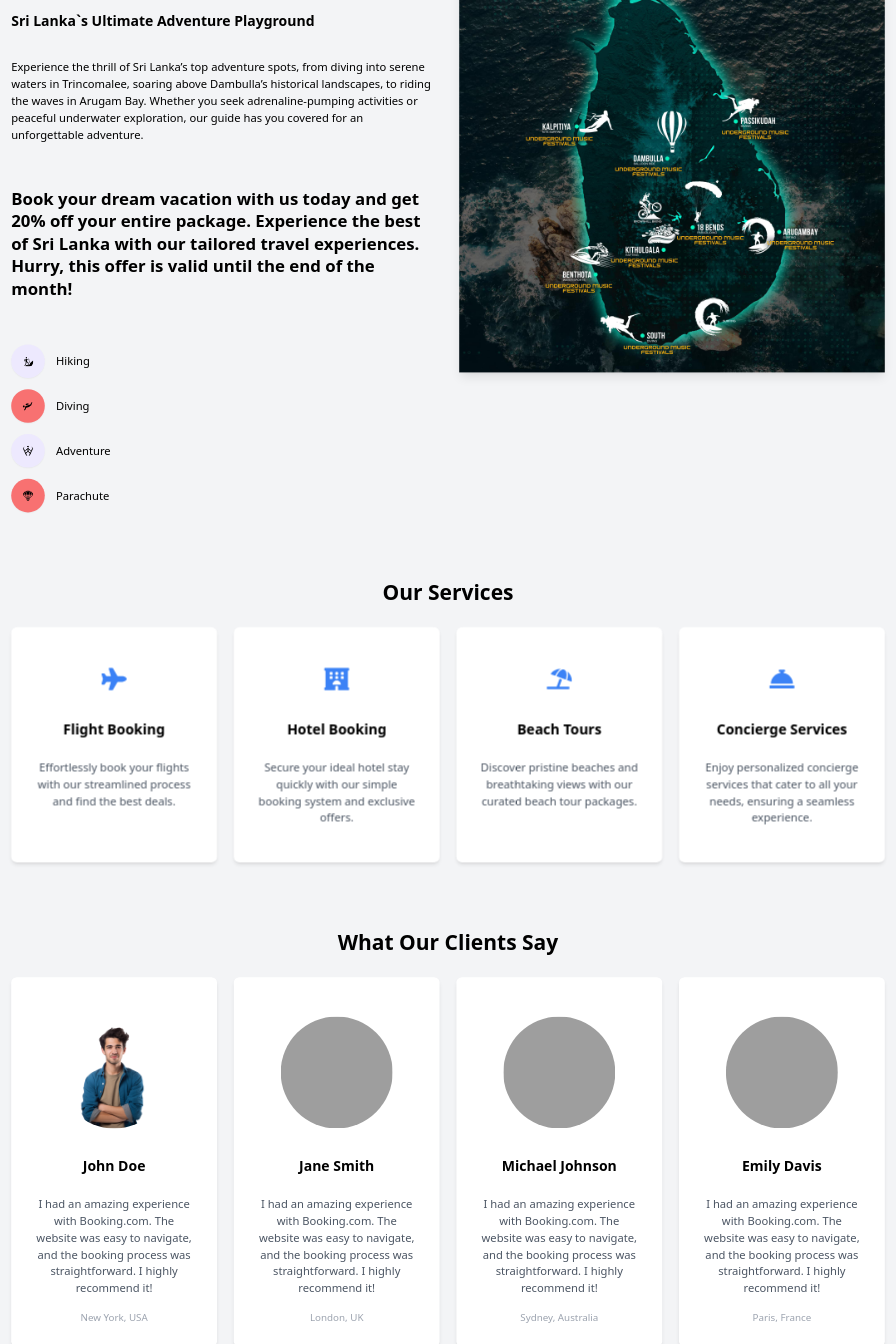
Repository: thisara199/Travel-Agency-Website
Page: /
An editor plug-in stored every save of this project. The page is shown before and after the next save, followed by the edit.
The browser window is 1280 px wide. The pictures show the part of the page from y = 1440 to 3360 px (the page is 3713 px tall before and 3749 px after), at 70% of full size.
Pictures or frames that could not be fetched are drawn as grey boxes. The project was rebuilt for these pictures with package versions that can differ from the ones it lists, and the page was loaded fresh each time. Also part of the build but not shown: vite.config.js, src/pages/About.jsx.

Above is the page before, as saved 2024-09-04 08:12:30.

### index.html
<!doctype html>
<html lang="en">
  <head>
    <meta charset="UTF-8" />
    <link rel="icon" type="image/svg+xml" href="/public/favicon-32x32.png" />
    <meta name="viewport" content="width=device-width, initial-scale=1.0" />
    <title>Travel Agency</title>
  </head>
  <body>
    <div id="root"></div>
    <script type="module" src="/src/main.jsx"></script>
  </body>
</html>

### src/App.jsx
import { BrowserRouter, Routes, Route } from 'react-router-dom'
import Home from './pages/Home'
import Navbar from './components/Navbar/Navbar'
import Footer from './components/Footer/Footer'
import About from './pages/About'

const App = () => {
  return (
    <BrowserRouter>
    <Navbar />
       <Routes>
        <Route path='/' element={<Home />} />
        <Route path='/about' element={<About />} />
       </Routes>
    <Footer />
    </BrowserRouter>
  )
}

export default App

### src/pages/Home.jsx
import HeroSection from "../components/HeroSection/HeroSection"
import FeaturedDestination from "../components/FeaturedDestination/FeaturedDestination"
import Services from "../components/Services/Services"
import Testimonials from "../components/Testimonials/Testimonials"
import Banner from "../components/Banner/Banner"

const Home = () => {
  return (
    <div>
      <HeroSection />
      <FeaturedDestination />
      <Banner />
      <Services />
      <Testimonials />
    </div>
  )
}

export default Home

### src/components/Navbar/Navbar.jsx
import { FaBars, FaTimes } from "react-icons/fa"
import { Link } from "react-router-dom"
import { useState } from "react"
import { BiSolidPlaneAlt } from "react-icons/bi";


const Navbar = () => {
  const [isOpen, setIsOpen] = useState(false)
  return (
    <nav className="fixed top-0 left-0 right-0 z-10 m-4 bg-white shadow-lg">
      <div className="container flex items-center justify-between h-16 px-4">
        <div className="flex items-center">
        <BiSolidPlaneAlt className="text-3xl"/>
        <h3 className="text-2xl font-bold">TravelCeylon.</h3>
        </div>
        <div className="items-center hidden space-x-4 text-sm font-bold md:flex ">
          <Link to="/" className="px-6 py-2 hover:bg-gray-600 hover:text-white">Home</Link>
          <Link to="/about" className="px-6 py-2 hover:bg-gray-600 hover:text-white">About</Link>
          <Link to="/gallery" className="px-6 py-2 hover:bg-gray-600 hover:text-white">Gallery</Link>
          <Link to="/contact" className="px-6 py-2 hover:bg-gray-600 hover:text-white">Contact</Link>
          <button className="px-6 py-2 text-white bg-gray-600 border rounded-full hover:scale-105 hover:bg-gray-500">Login</button>
        </div>
        <div className="md:hidden">
          <button onClick={() => setIsOpen(!isOpen)}>
            {isOpen ? <FaTimes /> : <FaBars />}
          </button>
        </div>
      </div>
      <div>
        {isOpen && (
           <div className="flex flex-col items-center pb-10 space-y-6 font-bold bg-white md:hidden">
           <Link to="/" className="px-6 py-2 hover:bg-gray-600 hover:text-white">Home</Link>
           <Link to="/about" className="px-6 py-2 hover:bg-gray-600 hover:text-white">About</Link>
           <Link to="/gallery" className="px-6 py-2 hover:bg-gray-600 hover:text-white">Gallery</Link>
           <Link to="/about" className="px-6 py-2 hover:bg-gray-600 hover:text-white">About</Link>
           <button className="px-6 py-2 text-white bg-gray-600 border rounded-full hover:scale-105 hover:bg-gray-500">Login</button>
         </div>
        )}
      </div>
    </nav>
  )
}

export default Navbar

### src/components/Footer/Footer.jsx
import { FaFacebook, FaInstagram, FaYoutube } from "react-icons/fa";
import { FaTwitter } from "react-icons/fa6";
import { Link } from "react-router-dom";

const Footer = () => {
  return (
    <div className="py-8 text-white bg-gray-800">
      <div className="container px-4 mx-auto">
        <div className="grid gap-8 sm:grid-cols-1 lg:grid-cols-3">
          <div>
            <h2 className="mb-4 text-2xl font-bold">Travel Agency</h2>
            <p className="mb-4">
              Your trusted partner for unforgettable travel experiences. Explore
              Ceylon with us.
            </p>
          </div>
          <div className="flex flex-col md:items-center">
            <h4 className="text-lg font-semibold">Quick Links</h4>
            <div className="flex flex-col mt-4 space-y-2">
              <Link to="/">Home</Link>
              <Link to="/about">About</Link>
              <Link to="/gallery">Gallery</Link>
              <Link to="/contact">Contact</Link> {/* Updated link */}
            </div>
          </div>
          <div>
            <h2 className="mb-4 text-xl font-bold">Follow Us</h2>
            <div className="flex mb-4 space-x-4">
              <FaFacebook className="text-white hover:text-gray-400" aria-label="Facebook" />
              <FaInstagram className="text-white hover:text-gray-400" aria-label="Instagram" />
              <FaTwitter className="text-white hover:text-gray-400" aria-label="Twitter" />
              <FaYoutube className="text-white hover:text-gray-400" aria-label="YouTube" />
            </div>
            <form action="" className="flex items-center mt-8">
              <input
                type="email"
                placeholder="Enter your Email"
                className="w-full p-2 bg-gray-800 border border-gray-600 rounded-l-lg"
              />
              <button
                type="submit"
                className="px-4 py-2 text-white bg-blue-600 rounded-r-lg hover:bg-blue-700"
              >
                Subscribe
              </button>
            </form>
          </div>
        </div>
        <div className="flex justify-between pt-4 mt-8 border-t border-gray-700">
          <p>Copyright &copy; 2024 Travel Agency. All rights reserved.</p>
          <div className="flex space-x-4">
            <Link to="/privacy" className="hover:text-gray-400">Privacy Policy</Link>
            <Link to="/terms" className="hover:text-gray-400">Terms and Conditions</Link>
          </div>
        </div>
      </div>
    </div>
  );
};

export default Footer;

### src/components/HeroSection/HeroSection.jsx
import Banner from "../../assets/HeroSection/Banner.png";
import AOS from 'aos';
import 'aos/dist/aos.css';
import { useEffect } from 'react';

const HeroSection = () => {
  useEffect(() => {
    AOS.init({
      duration: 1000, // duration of animations
    });
  }, []);


  return (
    <div className="relative h-screen bg-center bg-cover" style={{ backgroundImage: `url(${Banner})` }}>
      <div className="absolute inset-0 flex flex-col items-center justify-center bg-black bg-opacity-50">
        <h1 data-aos="fade-up" className="justify-between mb-4 text-4xl font-bold text-center text-white md:text-6xl lg:text-8xl">Explore the Ceylon with Us</h1>
        <p data-aos="fade-up" className="mb-10 text-lg text-white md:text-2xl xl:text-4xl">Discover amazing places at exclusive deals</p>
        <button  className="px-6 py-2 text-lg text-white transition duration-300 transform border rounded-full md:text-xl hover:bg-blue-500 hover:scale-105">Get Started</button>
      </div>
    </div>
  );
}

export default HeroSection;

### src/components/FeaturedDestination/FeaturedDestination.jsx
import Img1 from '../../assets/FeaturedDestination/Anuradhapura.jpg';
import Img2 from '../../assets/FeaturedDestination/Colombo.jpg';
import Img3 from '../../assets/FeaturedDestination/arugambay.jpg';
import Img4 from '../../assets/FeaturedDestination/Nuwaraeliya.jpeg';

const Destination = [
  {
    image: Img1,
    title: 'Anuradhapura',
    description: 'Ancient Wonders Await.',
    aosDelay: '200',
  },
  {
    image: Img2,
    title: 'Colombo',
    description: 'The Heartbeat of Sri Lanka.',
    aosDelay: '400',
  },
  {
    image: Img3,
    title: 'Arugam bay',
    description: 'Where Surf Meets Bliss.',
    aosDelay: '600',
  },
  {
    image: Img4,
    title: 'Nuwaraeliya',
    description: 'Nature’s Retreat.',
    aosDelay: '800',
  },
];

const FeaturedDestination = () => {
  return (
    <div className='py-12 bg-gray-100'>
      <div className='container px-4 mx-auto'>
        <h2 data-aos="fade-up" className='mb-8 text-3xl font-bold text-center'>Featured Destination</h2>
        <div className='grid gap-8 sm:grid-cols-2 lg:grid-cols-3 xl:grid-cols-4'>
          {Destination.map((destination) => (
            <div
              key={destination.title}
              data-aos="fade-up"
              data-aos-delay={destination.aosDelay}
              className='overflow-hidden bg-white rounded-lg shadow-md cursor-pointer'
            >
              <img
                src={destination.image}
                alt={destination.title}
                className='object-cover w-full h-48 transition duration-300 transform hover:scale-110'
              />
              <div className='p-4'>
                <h3 className='mb-2 text-xl font-bold'>{destination.title}</h3>
                <p className='text-gray-600'>{destination.description}</p>
              </div>
            </div>
          ))}
        </div>
      </div>
    </div>
  );
};

export default FeaturedDestination;

### src/components/Services/Services.jsx
import { FaConciergeBell, FaHotel, FaPlane, FaUmbrellaBeach } from 'react-icons/fa';

const services = [
  {
    icon: <FaPlane className='text-4xl text-blue-500' />,
    title: 'Flight Booking',
    description: 'Effortlessly book your flights with our streamlined process and find the best deals.',
  },
  {
    icon: <FaHotel className='text-4xl text-blue-500' />,
    title: 'Hotel Booking',
    description: 'Secure your ideal hotel stay quickly with our simple booking system and exclusive offers.',
  },
  {
    icon: <FaUmbrellaBeach className='text-4xl text-blue-500' />,
    title: 'Beach Tours',
    description: 'Discover pristine beaches and breathtaking views with our curated beach tour packages.',
  },
  {
    icon: <FaConciergeBell className='text-4xl text-blue-500' />,
    title: 'Concierge Services',
    description: 'Enjoy personalized concierge services that cater to all your needs, ensuring a seamless experience.',
  },
];

const Services = () => {
  return (
    <div className='py-12 bg-gray-100'>
      <div className='container px-4 mx-auto'>
        <h2 className='mb-8 text-3xl font-bold text-center'>Our Services</h2>
        <div data-aos="flip-left" className='grid gap-6 sm:grid-cols-2 lg:grid-cols-3 xl:grid-cols-4 '>
          {services.map((service) => (
            <div  key={service.title} className='flex flex-col items-center p-8 transition duration-300 transform bg-white rounded-lg shadow-md cursor-pointer hover:scale-110'>
              <div className='flex justify-center py-6 mb-4'>
                {service.icon}
              </div>
              <h3 className='mb-2 text-xl font-bold text-center'>{service.title}</h3>
              <p className='py-5 text-center text-gray-600'>{service.description}</p>
            </div>
          ))}
        </div>
      </div>
    </div>
  );
};

export default Services;

### src/components/Testimonials/Testimonials.jsx
import Img1 from '../../assets/Testimonials/Image1.png';
import Img2 from '../../assets/Testimonials/Image3.png';
import Img3 from '../../assets/Testimonials/Image4.png';
import Img4 from '../../assets/Testimonials/Image6.png';

const Clients = [
  {
    name: 'John Doe',
    image: Img1,
    text: 'I had an amazing experience with Booking.com. The website was easy to navigate, and the booking process was straightforward. I highly recommend it!',
    location: 'New York, USA',
    aosDelay: '400',
  },
  {
    name: 'Jane Smith',
    image: Img2,
    text: 'I had an amazing experience with Booking.com. The website was easy to navigate, and the booking process was straightforward. I highly recommend it!',
    location: 'London, UK',
    aosDelay: '600',
  },
  {
    name: 'Michael Johnson',
    image: Img3,
    text: 'I had an amazing experience with Booking.com. The website was easy to navigate, and the booking process was straightforward. I highly recommend it!',
    location: 'Sydney, Australia',
    aosDelay: '800',
  },
  {
    name: 'Emily Davis',
    image: Img4,
    text: 'I had an amazing experience with Booking.com. The website was easy to navigate, and the booking process was straightforward. I highly recommend it!',
    location: 'Paris, France',
    aosDelay: '1000',
  },
];

const Testimonials = () => {
  return (
    <div className='py-12 bg-gray-100'>
      <div className='container px-4 mx-auto'>
        <h2 data-aos="fade-up" className='mb-8 text-3xl font-bold text-center'>What Our Clients Say</h2>
        <div className='grid gap-6 sm:grid-cols-1 md:grid-cols-2 lg:grid-cols-4'>
          {Clients.map((client) => (
            <div
              key={client.name}
              data-aos="fade-left"
              data-aos-delay={client.aosDelay}
              className='flex flex-col items-center p-8 transition duration-300 transform bg-white rounded-lg shadow-md cursor-pointer hover:scale-110'
            >
              <div className='flex justify-center py-6 mb-4'>
                <img src={client.image} alt={client.name} className='w-40 h-40 rounded-full' />
              </div>
              <h3 className='mb-2 text-xl font-bold text-center'>{client.name}</h3>
              <p className='py-5 text-center text-gray-600'>{client.text}</p>
              <p className='text-sm text-gray-400'>{client.location}</p>
            </div>
          ))}
        </div>
      </div>
    </div>
  );
};

export default Testimonials;

### src/components/Banner/Banner.jsx
import Banner from '../../assets/Banner/Banner.jpg';
import { GiHiking } from "react-icons/gi";
import { MdOutlineScubaDiving } from "react-icons/md";
import { TbSkiJumping } from "react-icons/tb";
import { GiParachute } from "react-icons/gi";
const Banner1 = () => {
  return (
    <div className="py-12 bg-gray-100">
      <div className="container px-4 mx-auto">
        <h2 data-aos="fade-up" className='mb-8 text-3xl font-bold text-center'>Favorite Location</h2>
        <div className="grid gap-8 sm:grid-cols-1 md:grid-cols-2">
          <div className='mt-0 lg:mt-24'>
           <h1 data-aos="fade-up" className='text-3xl font-bold '>Find your favorite location</h1>
           <h2 data-aos="fade-up" className='mt-0 text-xl font-semibold lg:mt-10'>Sri Lanka`s Ultimate Adventure Playground</h2>
           <p data-aos="fade-up" className='mt-0 lg:mt-10'>Experience the thrill of Sri Lanka’s top adventure spots, from diving into serene waters in Trincomalee, soaring above Dambulla’s historical landscapes, to riding the waves in Arugam Bay. Whether you seek adrenaline-pumping activities or peaceful underwater exploration, our guide has you covered for an unforgettable adventure.</p>
           <div className='flex flex-col justify-center gap-6 mt-0 sm:pt-0 lg:mt-10'>
            <h1 className='text-3xl font-bold'></h1>
            <p data-aos="fade-up" className='mb-0 text-xl font-semibold sm:text-2xl lg:mb-10'>Book your dream vacation with us today and get 20% off your entire package. Experience the best of Sri Lanka with our tailored travel experiences. Hurry, this offer is valid until the end of the month!</p>
            <div className='flex flex-col gap-4'>
              <div data-aos="fade-up" className='flex items-center gap-4'>
                <GiHiking className='w-12 h-12 p-4 text-4xl rounded-full shadow-sm bg-violet-100 text-primary dark:bg-violet-400' />
                <p>Hiking</p>
              </div>
              <div data-aos="fade-up" className='flex items-center gap-4'>
                <MdOutlineScubaDiving className='w-12 h-12 p-4 text-4xl bg-red-400 rounded-full shadow-sm text-primary dark:bg-red-500' />
                <p>Diving</p>
              </div>
              <div data-aos="fade-up" className='flex items-center gap-4'>
                <TbSkiJumping className='w-12 h-12 p-4 text-4xl rounded-full shadow-sm bg-violet-100 text-primary dark:bg-violet-400' />
                <p>Adventure</p>
              </div>
              <div data-aos="fade-up" className='flex items-center gap-4'>
                <GiParachute className='w-12 h-12 p-4 text-4xl bg-red-400 rounded-full shadow-sm text-primary dark:bg-red-500' />
                <p>Parachute</p>
              </div>
            </div>
          </div>
          </div>
          <div className='mt-0 lg:mt-20'>
            <img src={Banner} alt="Favorite location banner" className="w-full h-auto shadow-lg" />
          </div>
        </div>
      </div>
    </div>
  );
};

export default Banner1;

Loaded but not shown: src/main.jsx (common file); src/index.css (common file); tailwind.config.js (common file)

After the next save:
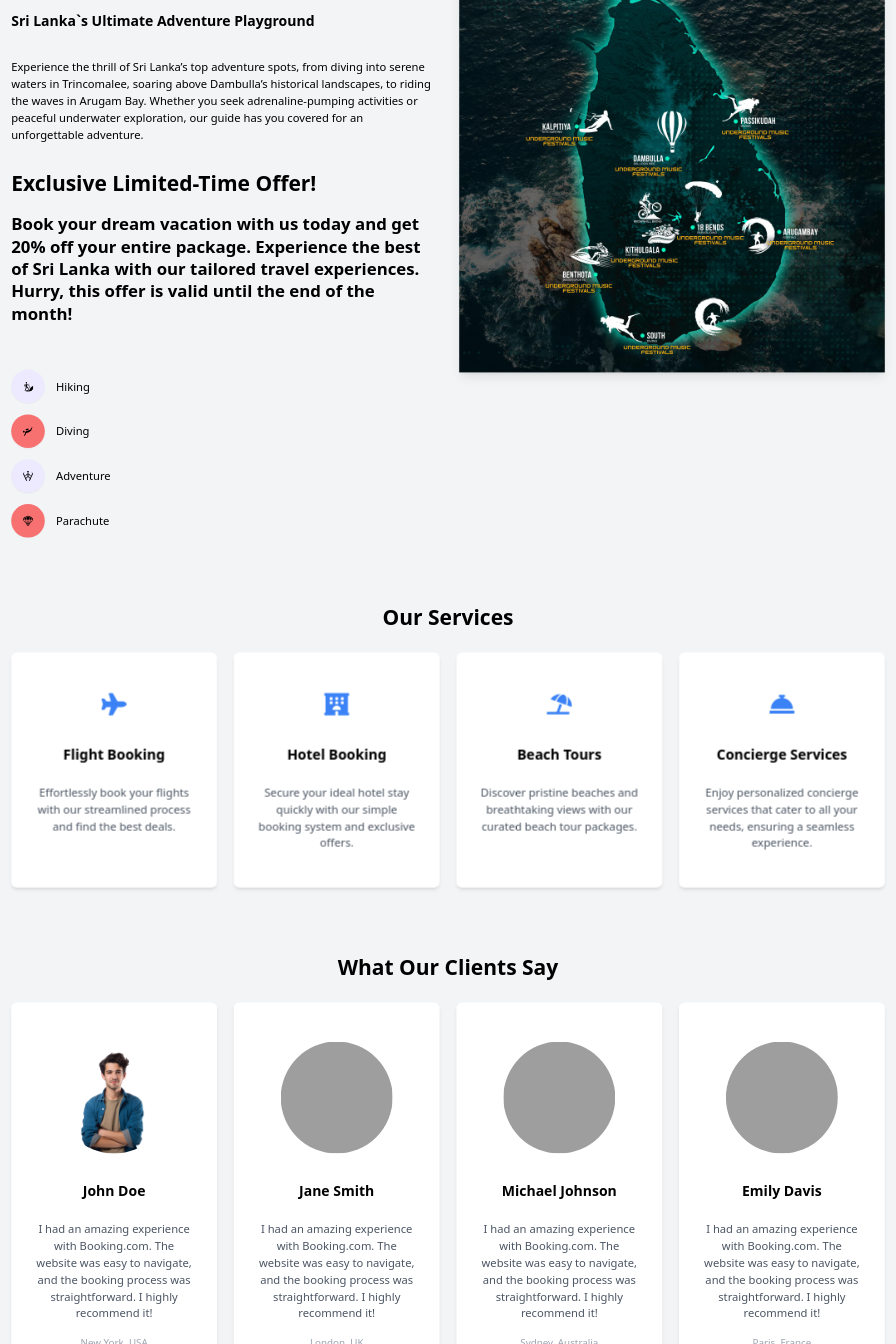
Saved 15 s later.
--- a/src/components/Banner/Banner.jsx
+++ b/src/components/Banner/Banner.jsx
@@ -14,7 +14,7 @@ const Banner1 = () => {
            <h2 data-aos="fade-up" className='mt-0 text-xl font-semibold lg:mt-10'>Sri Lanka`s Ultimate Adventure Playground</h2>
            <p data-aos="fade-up" className='mt-0 lg:mt-10'>Experience the thrill of Sri Lanka’s top adventure spots, from diving into serene waters in Trincomalee, soaring above Dambulla’s historical landscapes, to riding the waves in Arugam Bay. Whether you seek adrenaline-pumping activities or peaceful underwater exploration, our guide has you covered for an unforgettable adventure.</p>
            <div className='flex flex-col justify-center gap-6 mt-0 sm:pt-0 lg:mt-10'>
-            <h1 className='text-3xl font-bold'></h1>
+            <h1 className='text-3xl font-bold'>Exclusive Limited-Time Offer!</h1>
             <p data-aos="fade-up" className='mb-0 text-xl font-semibold sm:text-2xl lg:mb-10'>Book your dream vacation with us today and get 20% off your entire package. Experience the best of Sri Lanka with our tailored travel experiences. Hurry, this offer is valid until the end of the month!</p>
             <div className='flex flex-col gap-4'>
               <div data-aos="fade-up" className='flex items-center gap-4'>
